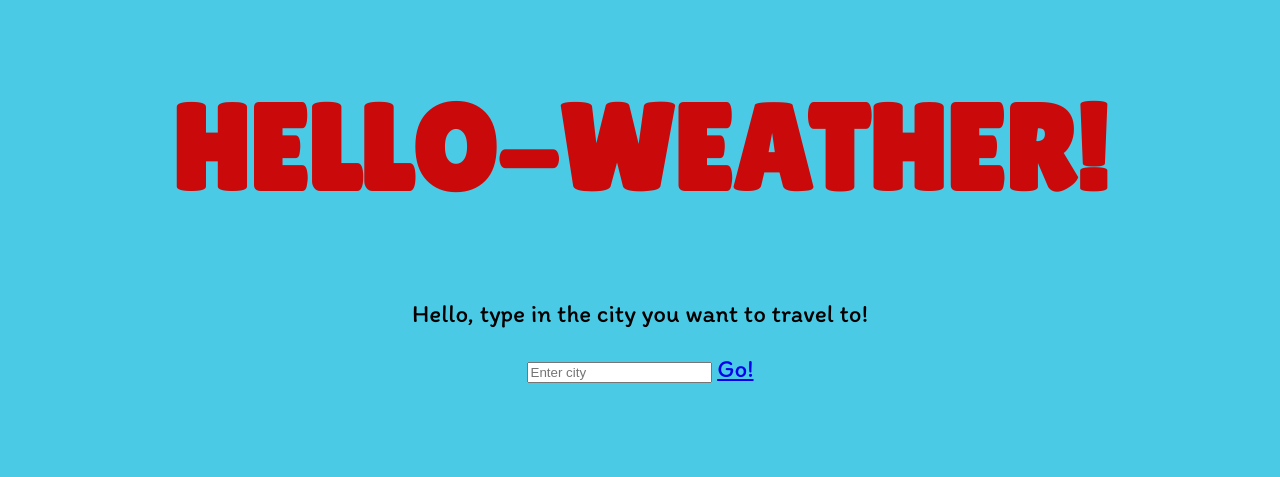
Repository: Jazinha/Hello-kitty-weather
Page: index.html
These files come from the project's save history. The page is drawn as it stood at one moment and after the next save; the edit follows.
The browser window is 1280 px wide. The pictures show the whole page.

Above is the page before, as saved 2023-02-03 20:38:48.

After the next save:
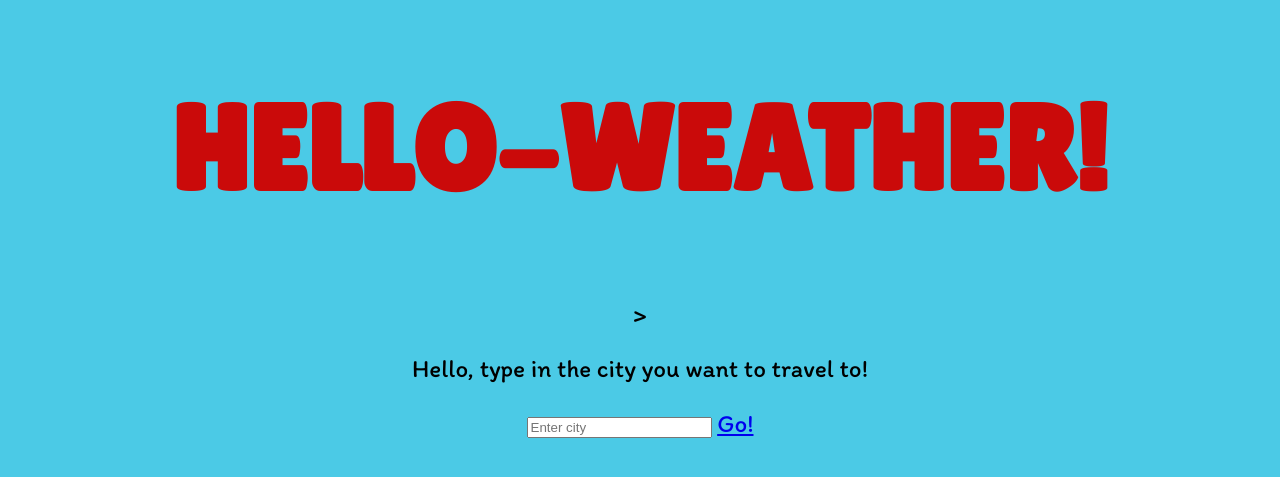
Saved 3 min 31 s later.
--- a/index.html
+++ b/index.html
@@ -12,9 +12,9 @@
         <div class="container">
             <div id="home" class="flex-column flex-center"></div>
             <h1>HELLO-WEATHER!</h1>
-            <p>Hello, type in the city you want to travel to!</p>
+            <div<i class="fa-regular fa-cloud"></i>> <p>Hello, type in the city you want to travel to!</p>
             <input id="initial" type="text" placeholder="Enter city">
-            <a href="forecast.html" class="btn">Go! </a>
+            <a href="forecast.html" class="btn">Go! </a></div>
         </div>
     </body>
 </html>

After the save that followed:
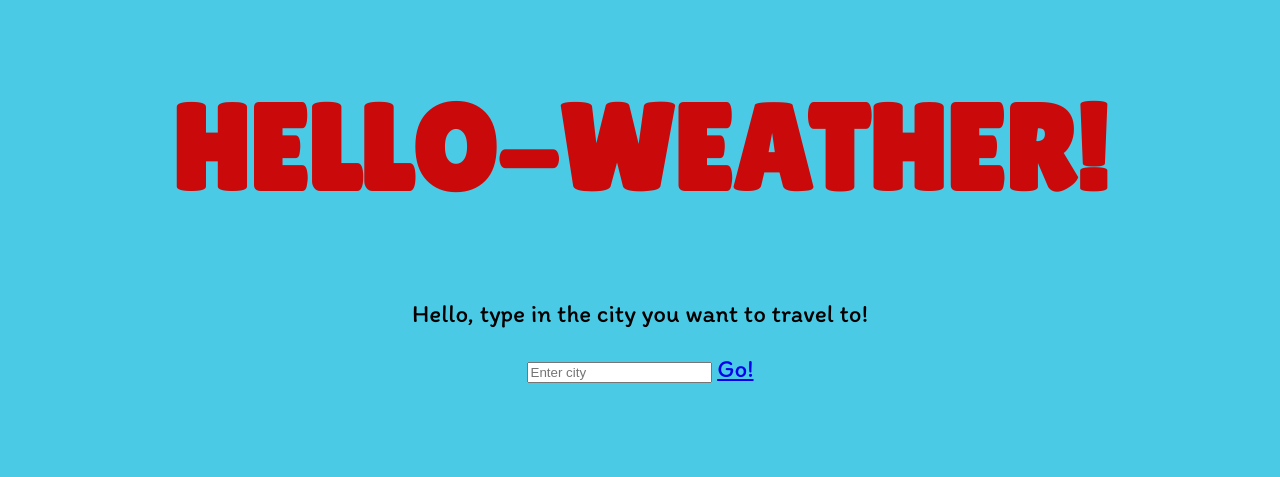
Saved 81 s later.
--- a/index.html
+++ b/index.html
@@ -12,7 +12,8 @@
         <div class="container">
             <div id="home" class="flex-column flex-center"></div>
             <h1>HELLO-WEATHER!</h1>
-            <div<i class="fa-regular fa-cloud"></i>> <p>Hello, type in the city you want to travel to!</p>
+            <p>Hello, type in the city you want to travel to!</p>
+            <i class="fa-regular fa-cloud"></i>
             <input id="initial" type="text" placeholder="Enter city">
             <a href="forecast.html" class="btn">Go! </a></div>
         </div>
